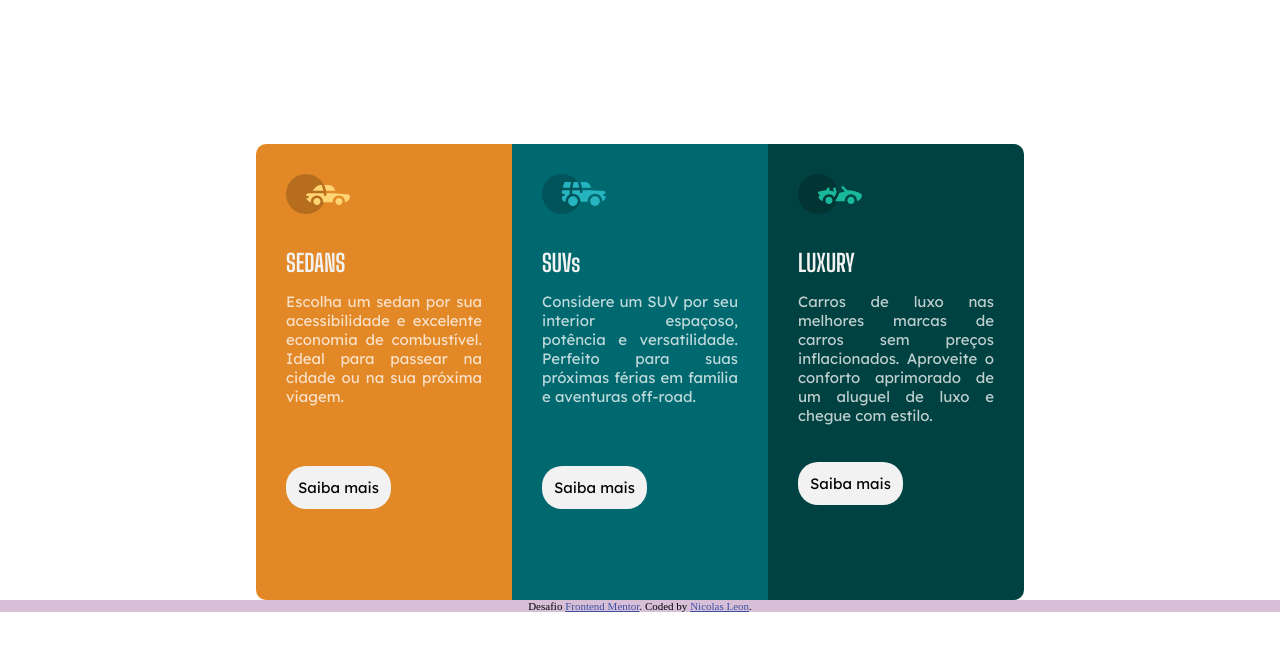
Repository: Leonngc/Car-cards
Page: index.html
The author's editor kept a copy of each file at every save. The page is drawn from the files as they stood at one save, then again after the next save.
The browser window is 1280 px wide. The pictures show the whole page.

Above is the page before, as saved 2023-01-17 19:18:11.

After the next save:
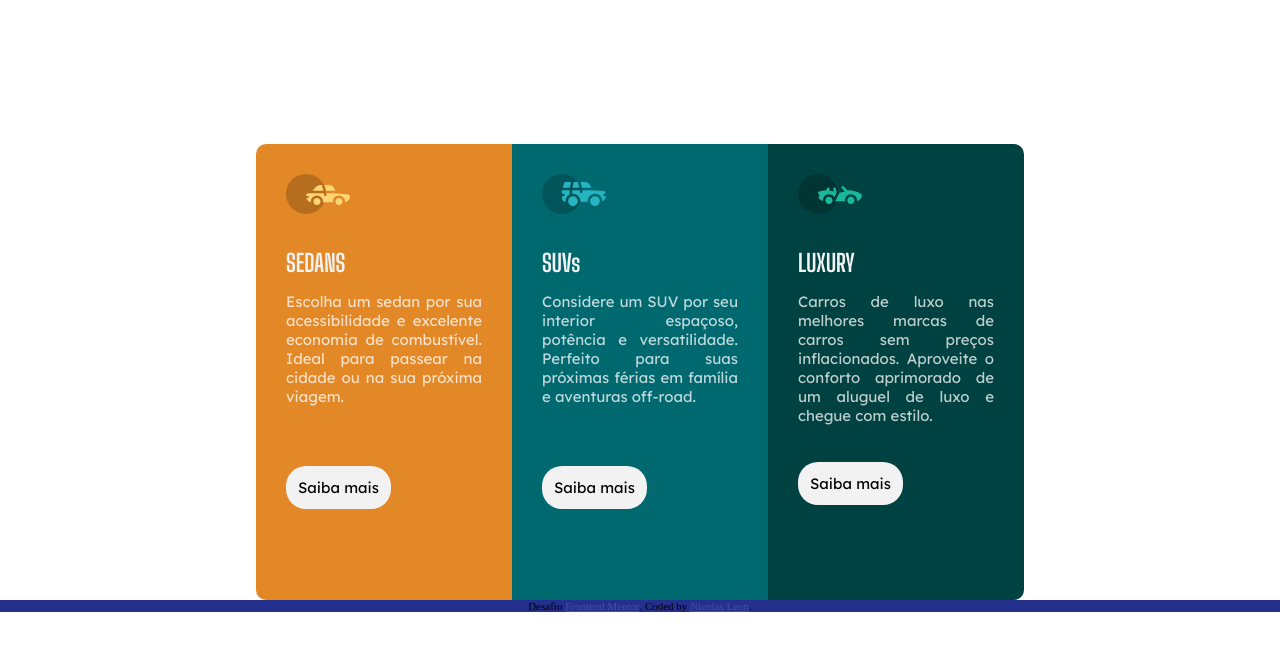
Saved 9 s later.
--- a/styles/style.css
+++ b/styles/style.css
@@ -80,7 +80,7 @@
 
 
   footer{
-    background-color: thistle;
+    background-color: rgb(36, 48, 140);
   }
 /* Animations */
 
